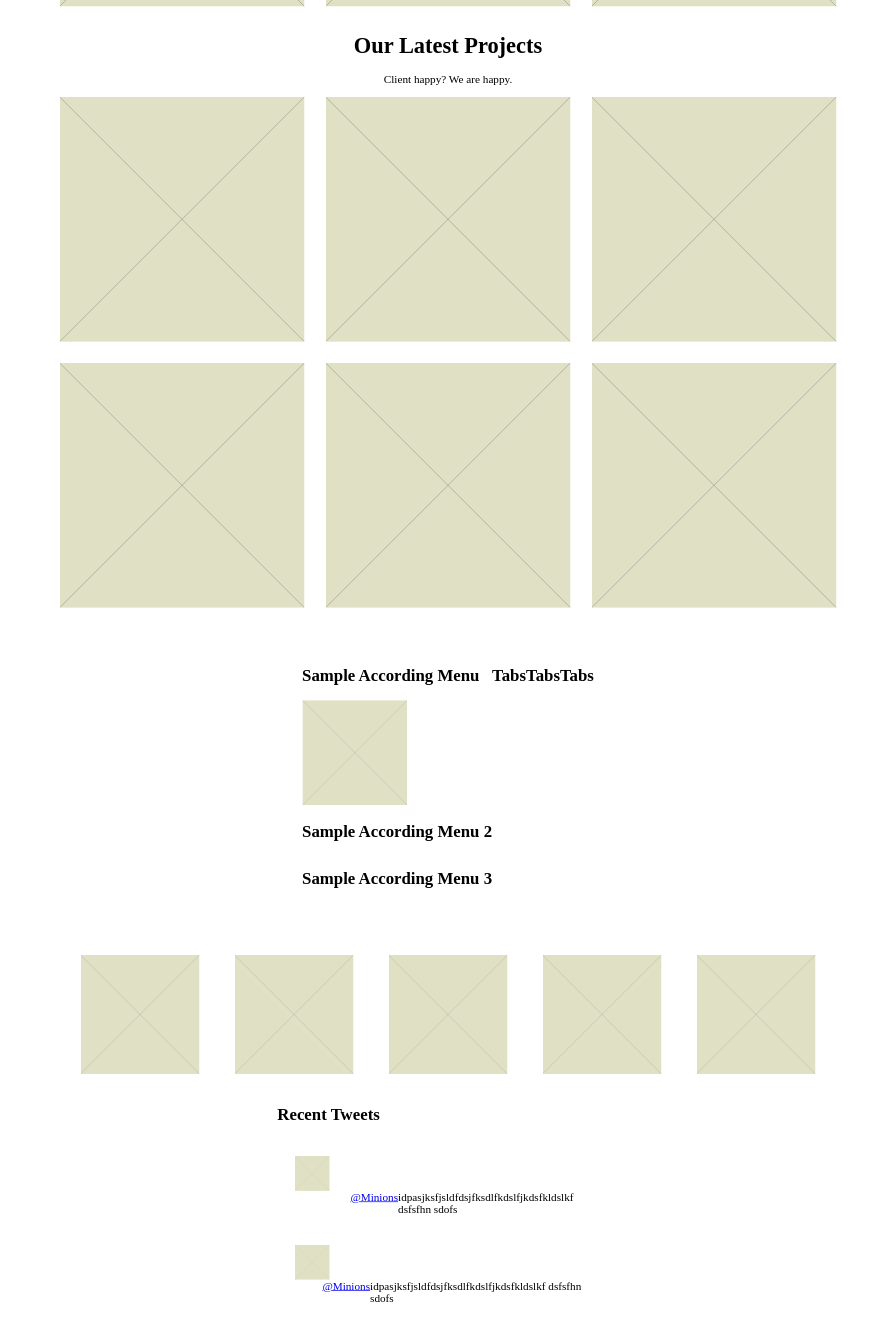
Repository: ReallyNguyen/responsive-web
Page: index.html
An editor plug-in stored every save of this project. The page is shown before and after the next save, followed by the edit.
The browser window is 1280 px wide. The pictures show the part of the page from y = 905 to 2825 px (the page is 2795 px tall before and 2825 px after), at 70% of full size.

Above is the page before, as saved 2023-01-25 21:45:45.

### index.html
<!doctype html>
<html class="no-js" lang="">

<head>
  <meta charset="utf-8">
  <title></title>
  <meta name="description" content="">
  <meta name="viewport" content="width=device-width, initial-scale=1">

  <meta property="og:title" content="">
  <meta property="og:type" content="">
  <meta property="og:url" content="">
  <meta property="og:image" content="">

  <link rel="manifest" href="site.webmanifest">
  <link rel="apple-touch-icon" href="icon.png">
  <!-- Place favicon.ico in the root directory -->

  <link rel="stylesheet" href="css/normalize.css">
  <link rel="stylesheet" href="css/main.css">

  <meta name="theme-color" content="#fafafa">
</head>

<body>
  <header>
    <div class="nav-bar">
      <h1 class="company-name" >Metrolics</h1>
      <img class="logo" src="placeholder.svg" alt="company logo" width="50" height="50">
      <img class="accordian" src="placeholder.svg" alt="accordian here" width="50" height="50">

    </div>

    <div class="introduction">
      <h1> Hey guys! This is the Metrolics theme. It sports a responsive layout with a mobile layout.</h1>
    </div>


  </header>



  <article>

    <div class="Title">
      <h1>
        Things we do
      </h1>
      <p>
        ask what we do
      </p>
    </div>

    <main>

      <div class="Contents">
        <div class="Content">
          <img src="placeholder.svg" alt="" width="50" height="50">
          <div class="Description">
            <h4 class="topic">
              Web Solution
            </h4>
            <p> ajisdjsad</p>
          </div>
        </div>

        <div class="Content">
          <img src="placeholder.svg" alt="" width="50" height="50">
          <div class="Description">
            <h4 class="topic">
              Photography
            </h4>
            <p> ajisdjsad</p>
          </div>
        </div>

        <div class="Content">
          <img src="placeholder.svg" alt="" width="50" height="50">
          <div class="Description">
            <h4 class="topic">
              Web Development
            </h4>
            <p> ajisdjsad</p>
          </div>
        </div>

        <div class="Content">
          <img src="placeholder.svg" alt="" width="50" height="50">
          <div class="Description">
            <h4 class="topic">
              Web Design
            </h4>
            <p> ajisdjsad</p>
          </div>
        </div>



      </div>

      <div class="whats_up_lately">

        <div class="Title">
          <h1>
            What's up lately?
          </h1>
          <p>
            Read up on our latest work
          </p>
        </div>

        <div class="Boxes">
          <img class="Sample" src="placeholder.svg" alt="" width="360" height="360">
          <img class="Sample" src="placeholder.svg" alt="" width="360" height="360">
          <img class="Sample" src="placeholder.svg" alt="" width="360" height="360">
        </div>
      </div>

      <div class="our_latest_projects">

        <div class="Title">
          <h1>
            Our Latest Projects
          </h1>
          <p>
            Client happy? We are happy.
          </p>
        </div>

        <div class="Boxes">
          <img class="Sample" src="placeholder.svg" alt="">
          <img class="Sample" src="placeholder.svg" alt="">
          <img class="Sample" src="placeholder.svg" alt="">
          <img class="Sample" src="placeholder.svg" alt="">
          <img class="Sample" src="placeholder.svg" alt="">
          <img class="Sample" src="placeholder.svg" alt="">
        </div>
      </div>

      <div class="Bottom">
        <div class="Menu">
          <div class="Menu1">
            <h2>Sample According Menu</h2>
            <div class="Desc-Menu1"></div>
            <img src="placeholder.svg" alt="" width="150" height="150">
          </div>
          <h2>Sample According Menu 2</h2>
          <h2>Sample According Menu 3</h2>
        </div>
        <div class="Tabs">
          <h2>Tabs</h2>
          <h2>Tabs</h2>
          <h2>Tabs</h2>
        </div>
      </div>

      <div class="Companies">
        <img class="Companies-Logo" src="placeholder.svg" alt="">
        <img class="Companies-Logo" src="placeholder.svg" alt="">
        <img class="Companies-Logo" src="placeholder.svg" alt="">
        <img class="Companies-Logo" src="placeholder.svg" alt="">
        <img class="Companies-Logo" src="placeholder.svg" alt="">
      </div>

      <div class="recent-tweets">
        <h2> Recent Tweets </h2>
        <div class="social-box">
          <img src="placeholder.svg" alt="" width="50" height="50">
          <div class="social-text-box">
            <a href="url"> @Minions </a>
            <p> idpasjksfjsldfdsjfksdlfkdslfjkdsfkldslkf dsfsfhn sdofs </p>
        </div>

          <img src="placeholder.svg" alt="" width="50" height="50">
          <div class="social-text-box-2">
            <a href="url"> @Minions </a>
            <p> idpasjksfjsldfdsjfksdlfkdslfjkdsfkldslkf dsfsfhn sdofs </p>
          </div>

        </div>
      </div>

    </main>



  </article>
</body>

</html>

### css/main.css
.nav-bar {
  display: flex;
  flex-direction: row;
  justify-content: center;
  margin: 50px;
}

.introduction {
  display: flex;
  justify-content: center;
}

.social-box {
  display: flex;
  justify-content: center;
  flex-direction: column;
  padding: 5%;

}

.social-text-box {
  display: flex;
  justify-content: center;
  padding-left: 80px;
  padding-bottom: 40px;
}

.social-text-box-2 {
  display: flex;
  justify-content: center;
  padding-left: 40px;
}


article>div {
  margin: 15px;
}

.Title {
  display: flex;
  flex-direction: column;
  text-align: center;
  margin-top: 0;
}

main {
  display: flex;
  flex-direction: column;
  align-items: center;
}


.topic {
  margin: 0;
}

p {
  margin: 0px;
}

.Contents {
  display: flex;
  flex-direction: row;
}

.Content {
  display: flex;
  flex-direction: row;
  margin: 15px;
}

.Boxes {
  display: flex;
  display: flex;
  flex-wrap: wrap;
  justify-content: center;
}

.Sample {
  margin: 15px;
  width: 350px;
  height: 350px;
}

.Bottom {
  display: flex;
  flex-direction: row;
  margin: 50px;
}

.Menu {
  display: flex;
  flex-direction: column;
}

.Tabs {
  display: flex;
  flex-direction: row;
}

.Companies {
  display: flex;
  flex-direction: row;
}

.Companies-Logo {
  width: 170px;
  height: 170px;
  margin: 25px;
}

/* Small only */
@media screen and (max-width: 39.9375em) {
  header {
    display: flex;
    flex-direction: column;
    text-align: center;
    margin: 15px;
    font-size: 10px;
  }
}

/* Medium and up */
@media screen and (min-width: 40em) {
  h1 br {
    display: none;
  }

}

/* Medium only */
@media screen and (min-width: 40em) and (max-width: 63.9375em) {}

/* Large and up */
@media screen and (min-width: 64em) {}

/* Large only */
@media screen and (min-width: 64em) and (max-width: 74.9375em) {}

Loaded but not shown: css/normalize.css (library)

After the next save:
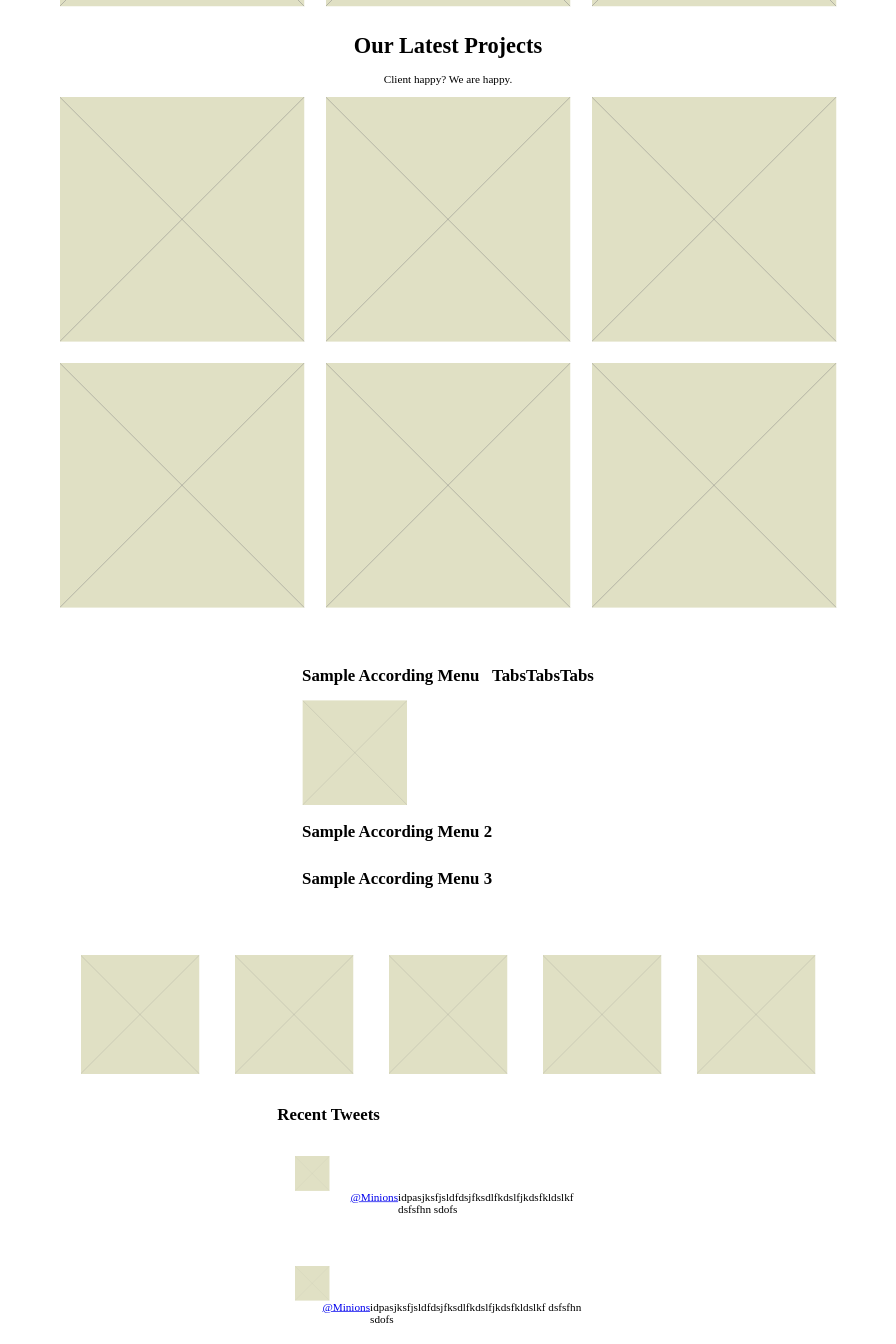
Saved 6 s later.
--- a/css/main.css
+++ b/css/main.css
@@ -22,7 +22,7 @@
   display: flex;
   justify-content: center;
   padding-left: 80px;
-  padding-bottom: 40px;
+  padding-bottom: 70px;
 }
 
 .social-text-box-2 {
